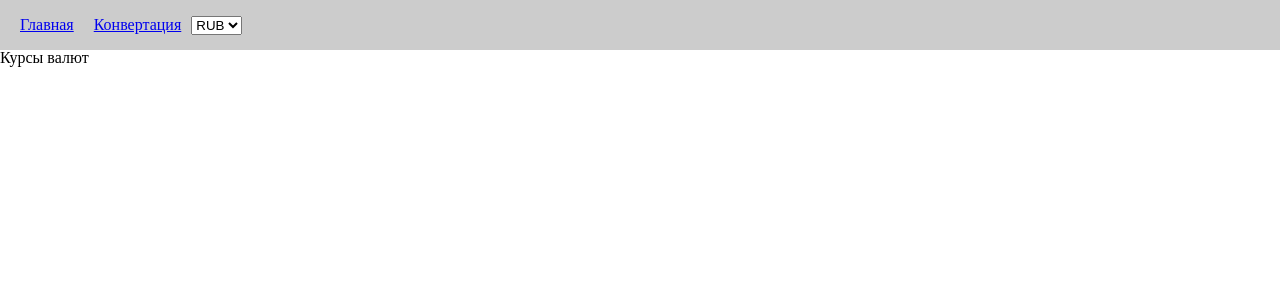
Repository: Friend689/vite-vue-currency-conversion
Page: /
These files come from the project's save history. The page is drawn as it stood at one moment and after the next save; the edit follows.
The browser window is 1280 px wide. The pictures show the whole page.
The page's requests for data from a server got no answer. The project was rebuilt for these pictures with package versions that can differ from the ones it lists, and the page was loaded fresh each time. No one was signed in, and anything a server would have sent is missing. Also part of the build but not shown: vite.config.js, src/views/Convert.vue.

Above is the page before, as saved 2024-09-03 19:22:52.

After the next save:
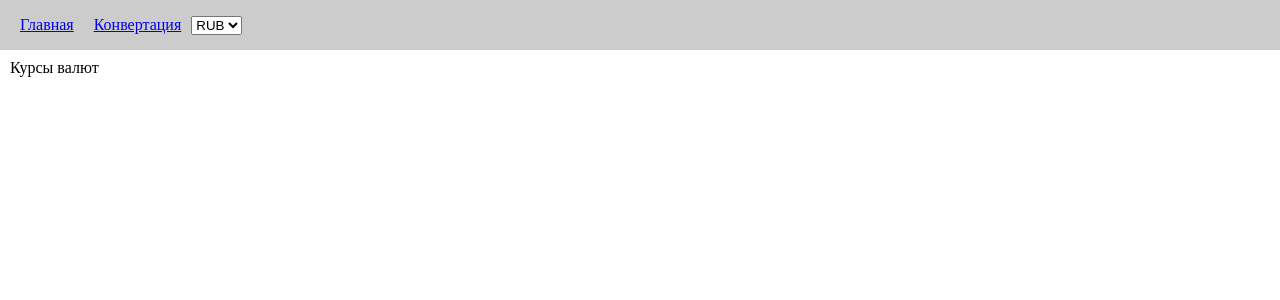
Saved 43 s later.
--- a/src/views/Main.vue
+++ b/src/views/Main.vue
@@ -21,7 +21,7 @@ const props = defineProps([
 </script>
 
 <template>
-  <div>
+  <div class="page-main">
     <h1>Курсы валют</h1>
     <ul>
       <li v-for="(rate, currency) in rates" :key="currency">{{ currency }}: {{ rate }}</li>
@@ -30,6 +30,10 @@ const props = defineProps([
 </template>
 
 <style>
+.page-main {
+  padding: 10px;
+  align-content: center;
+}
 ul li {
   margin: 5px;
 }
